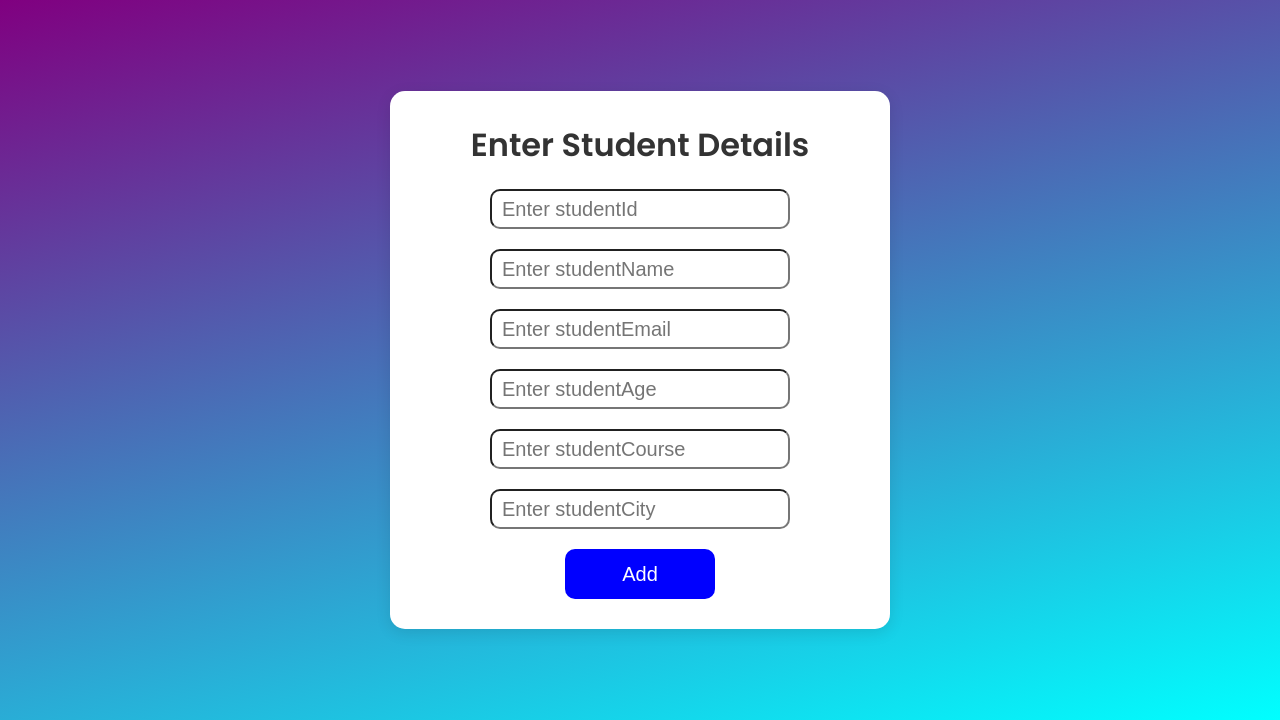
Repository: Dhirajkumar02/Advance-Java--J2EE-
Page: http://localhost/ServletProject_Student-Management-System/AddStudent.jsp
These files come from the project's save history. The page is drawn as it stood at one moment and after the next save; the edit follows.
The browser window is 1280 px wide. The pictures show the whole page.
The page is served by Tomcat 9. Other server files are loaded and not shown.

Above is the page before, as saved 2024-11-19 17:32:33.

### ServletProject_Student-Management-System/src/main/webapp/AddStudent.jsp
<%@ page language="java" contentType="text/html; charset=UTF-8"
	pageEncoding="UTF-8"%>
<!DOCTYPE html>
<html>
<head>
<meta charset="UTF-8">
<title>Add Student Details</title>

<!-- Google Fonts -->
<link
	href="https://fonts.googleapis.com/css2?family=Poppins:wght@400;600&display=swap"
	rel="stylesheet">


<style>
* {
	box-sizing: border-box;
	margin: 0;
	padding: 0;
}

body {
	font-family: 'Poppins', sans-serif;
	height: 100vh;
	display: flex;
	justify-content: center;
	align-items: center;
	background: linear-gradient(165deg, purple, aqua);
}

form {
	/*   border: 2px solid black; */
	background: #fff;
	padding: 30px;
    width: 100%;
    max-width: 500px;
	display: flex;
	justify-content: center;
	align-items: center;
	flex-direction: column;
	gap: 20px;
	border-radius: 15px;
	box-shadow: 0 4px 15px rgba(0, 0, 0, 0.1);
}

h1 {
	font-size: 2rem;
    color: #333;
    text-align: center;
    font-weight: 600;
}

input {
	height: 40px;
	width: 300px;
	padding-left: 10px;
	font-size: 20px;
	border-radius: 10px;
}

#add_btn {
	height: 50px;
	width: 150px;
	background-color: blue;
	color: #fff;
	border: none;
	font-size: 20px;
	border-radius: 10px;
	cursor: pointer;
}
</style>
</head>
<body>
	<form action="add-student" method="post">
		<div>
			<h1>Enter Student Details</h1>
		</div>
		<div>
			<input type="number" placeholder="Enter studentId" name="studentId">
		</div>

		<div>
			<input type="text" placeholder="Enter studentName" name="studentName">
		</div>

		<div>
			<input type="text" placeholder="Enter studentEmail"
				name="studentEmail">
		</div>

		<div>
			<input type="number" placeholder="Enter studentAge" name="studentAge">
		</div>

		<div>
			<input type="text" placeholder="Enter studentCourse"
				name="studentCourse">
		</div>

		<div>
			<input type="text" placeholder="Enter studentCity" name="studentCity">
		</div>

		<div>
			<button type="submit" id="add_btn" value="Add">Add</button>
		</div>

	</form>
</body>
</body>
</html>

After the next save:
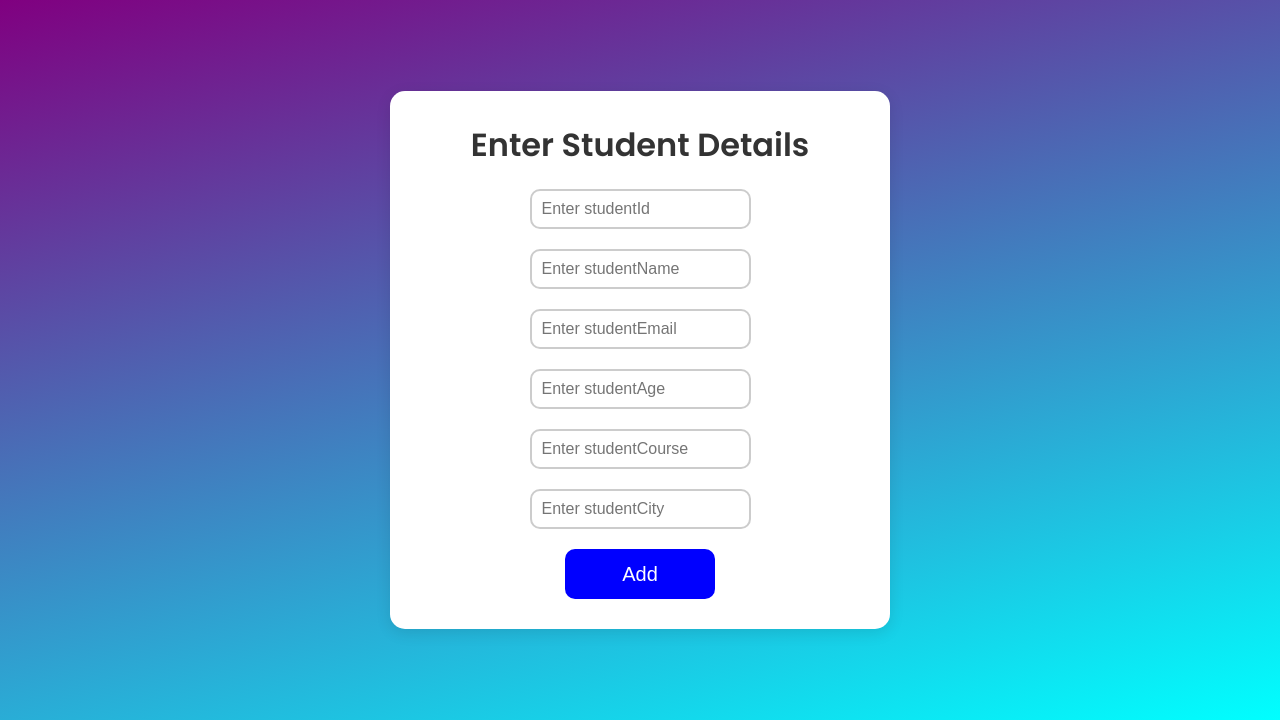
Saved 65 s later.
--- a/ServletProject_Student-Management-System/src/main/webapp/AddStudent.jsp
+++ b/ServletProject_Student-Management-System/src/main/webapp/AddStudent.jsp
@@ -32,8 +32,8 @@
 	/*   border: 2px solid black; */
 	background: #fff;
 	padding: 30px;
-    width: 100%;
-    max-width: 500px;
+	width: 100%;
+	max-width: 500px;
 	display: flex;
 	justify-content: center;
 	align-items: center;
@@ -45,17 +45,16 @@
 
 h1 {
 	font-size: 2rem;
-    color: #333;
-    text-align: center;
-    font-weight: 600;
-}
-
-input {
+	color: #333;
+	text-align: center;
+	font-weight: 600; } input {
 	height: 40px;
-	width: 300px;
 	padding-left: 10px;
-	font-size: 20px;
+	font-size: 16px;
+	border: 2px solid #ccc;
 	border-radius: 10px;
+	width: 100%;
+	transition: border-color 0.3s;
 }
 
 #add_btn {
